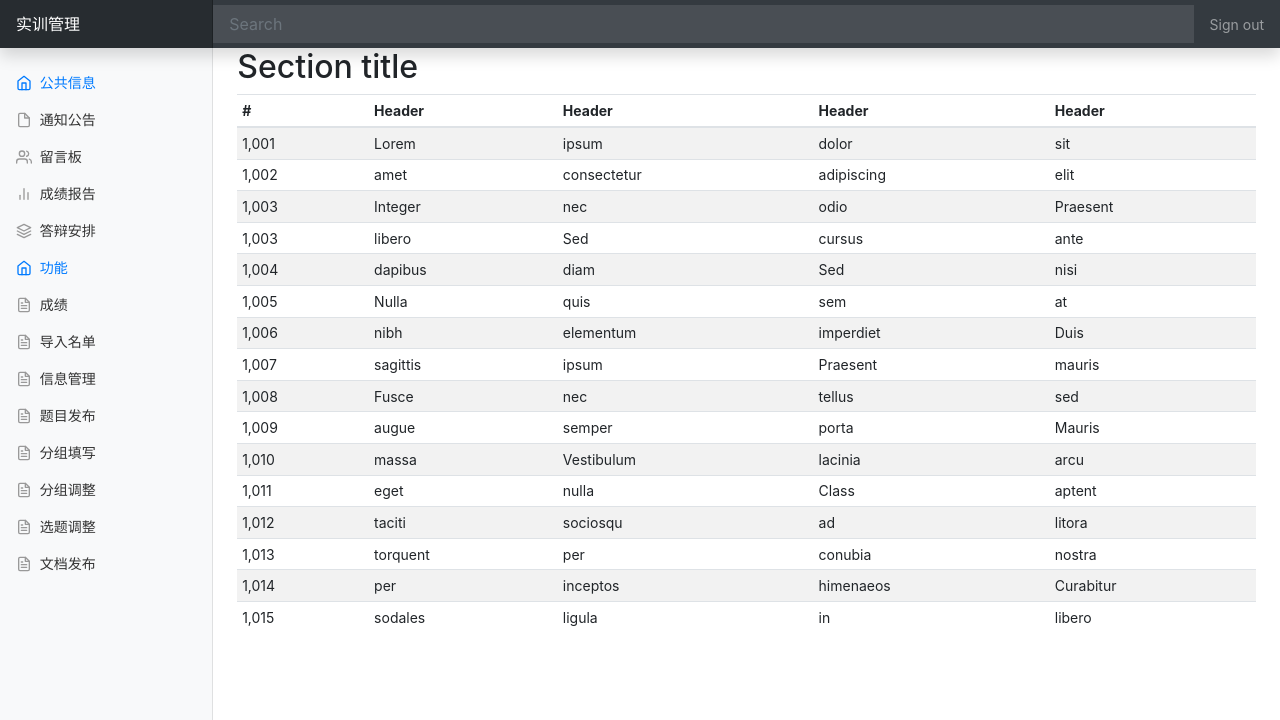
Repository: Kong-T/Practical-training
Page: Administrator/html/index.html
These files come from the project's save history. The page is drawn as it stood at one moment and after the next save; the edit follows.
The browser window is 1280 px wide. The pictures show the whole page.
Some web libraries are served in a nearby version.

Above is the page before, as saved 2020-12-14 10:37:05.
Console error: TypeError: Cannot read properties of null (reading 'length')

### Administrator/html/index.html
<!doctype html>
<html lang="en">
  <head>
    <meta charset="utf-8">
    <meta name="viewport" content="width=device-width, initial-scale=1, shrink-to-fit=no">
    <meta name="description" content="">
    <meta name="author" content="Mark Otto, Jacob Thornton, and Bootstrap contributors">
    <meta name="generator" content="Jekyll v4.0.1">
    <title>Dashboard Template · Bootstrap</title>

    <link rel="canonical" href="https://getbootstrap.com/docs/4.5/examples/dashboard/">

    <!-- Bootstrap core CSS -->
<link href="../../assets4.5/dist/css/bootstrap.css" rel="stylesheet">

    <style>
      .bd-placeholder-img {
        font-size: 1.125rem;
        text-anchor: middle;
        -webkit-user-select: none;
        -moz-user-select: none;
        -ms-user-select: none;
        user-select: none;
      }

      @media (min-width: 768px) {
        .bd-placeholder-img-lg {
          font-size: 3.5rem;
        }
      }
    </style>
    <!-- Custom styles for this template -->
    <link href="../css/dashboard.css" rel="stylesheet">
  </head>
  <body>
    <nav class="navbar navbar-dark sticky-top bg-dark flex-md-nowrap p-0 shadow">
  <a class="navbar-brand col-md-3 col-lg-2 mr-0 px-3" href="#">实训管理</a>
  <button class="navbar-toggler position-absolute d-md-none collapsed" type="button" data-toggle="collapse" data-target="#sidebarMenu" aria-controls="sidebarMenu" aria-expanded="false" aria-label="Toggle navigation">
    <span class="navbar-toggler-icon"></span>
  </button>
  <input class="form-control form-control-dark w-100" type="text" placeholder="Search" aria-label="Search">
  <ul class="navbar-nav px-3">
    <li class="nav-item text-nowrap">
      <a class="nav-link" href="#">Sign out</a>
    </li>
  </ul>
</nav>

<div class="container-fluid">
  <div class="row">
    <nav id="sidebarMenu" class="col-md-3 col-lg-2 d-md-block bg-light sidebar collapse">
      <div class="sidebar-sticky pt-3">
        <ul class="nav flex-column">
          <li class="nav-item">
            <a class="nav-link active" href="#">
              <span data-feather="home"></span>
              公共信息 <span class="sr-only">(current)</span>
            </a>
          </li>
          <li class="nav-item">
            <a class="nav-link" href="#">
              <span data-feather="file"></span>
              通知公告
            </a>
          </li>

          <li class="nav-item">
            <a class="nav-link" href="#">
              <span data-feather="users"></span>
              留言板
            </a>
          </li>
          <li class="nav-item">
            <a class="nav-link" href="#">
              <span data-feather="bar-chart-2"></span>
              成绩报告
            </a>
          </li>
          <li class="nav-item">
            <a class="nav-link" href="#">
              <span data-feather="layers"></span>
              答辩安排
            </a>
          </li>
        </ul>

        <a class="nav-link active" href="#">
          <span data-feather="home"></span>
          功能 <span class="sr-only">(current)</span>
        </a>
        <!-- <h6 class="sidebar-heading d-flex justify-content-between align-items-center px-3 mt-4 mb-1 text-muted">
          <span>功能</span> -->
          <!-- <a class="d-flex align-items-center text-muted" href="#" aria-label="Add a new report">
            <span data-feather="plus-circle"></span>
          </a> -->
        </h6>
        <ul class="nav flex-column mb-2">
          <li class="nav-item">
            <a class="nav-link" href="#">
              <span data-feather="file-text"></span>
              成绩
            </a>
          </li>
          <li class="nav-item">
            <a class="nav-link" href="#">
              <span data-feather="file-text"></span>
              导入名单
            </a>
          </li>
          <li class="nav-item">
            <a class="nav-link" href="#">
              <span data-feather="file-text"></span>
              信息管理
            </a>
          </li>
          <li class="nav-item">
            <a class="nav-link" href="#">
              <span data-feather="file-text"></span>
              题目发布
            </a>
          </li>
          <li class="nav-item">
            <a class="nav-link" href="#">
              <span data-feather="file-text"></span>
              分组填写
            </a>
          </li>
          <li class="nav-item">
            <a class="nav-link" href="#">
              <span data-feather="file-text"></span>
              分组调整
            </a>
          </li>
          <li class="nav-item">
            <a class="nav-link" href="#">
              <span data-feather="file-text"></span>
              选题调整
            </a>
          </li>
          <li class="nav-item">
            <a class="nav-link" href="#">
              <span data-feather="file-text"></span>
              文档发布
            </a>
          </li>
        </ul>
      </div>
    </nav>

    <main role="main" class="col-md-9 ml-sm-auto col-lg-10 px-md-4">
      <!-- <div class="d-flex justify-content-between flex-wrap flex-md-nowrap align-items-center pt-3 pb-2 mb-3 border-bottom">
        <h1 class="h2">Dashboard</h1>
        <div class="btn-toolbar mb-2 mb-md-0">
          <div class="btn-group mr-2">
            <button type="button" class="btn btn-sm btn-outline-secondary">Share</button>
            <button type="button" class="btn btn-sm btn-outline-secondary">Export</button>
          </div>
          <button type="button" class="btn btn-sm btn-outline-secondary dropdown-toggle">
            <span data-feather="calendar"></span>
            This week
          </button>
        </div>
      </div> -->

      <!-- <canvas class="my-4 w-100" id="myChart" width="900" height="380"></canvas> -->

      <h2>Section title</h2>
      <div class="table-responsive">
        <table class="table table-striped table-sm">
          <thead>
            <tr>
              <th>#</th>
              <th>Header</th>
              <th>Header</th>
              <th>Header</th>
              <th>Header</th>
            </tr>
          </thead>
          <tbody>
            <tr>
              <td>1,001</td>
              <td>Lorem</td>
              <td>ipsum</td>
              <td>dolor</td>
              <td>sit</td>
            </tr>
            <tr>
              <td>1,002</td>
              <td>amet</td>
              <td>consectetur</td>
              <td>adipiscing</td>
              <td>elit</td>
            </tr>
            <tr>
              <td>1,003</td>
              <td>Integer</td>
              <td>nec</td>
              <td>odio</td>
              <td>Praesent</td>
            </tr>
            <tr>
              <td>1,003</td>
              <td>libero</td>
              <td>Sed</td>
              <td>cursus</td>
              <td>ante</td>
            </tr>
            <tr>
              <td>1,004</td>
              <td>dapibus</td>
              <td>diam</td>
              <td>Sed</td>
              <td>nisi</td>
            </tr>
            <tr>
              <td>1,005</td>
              <td>Nulla</td>
              <td>quis</td>
              <td>sem</td>
              <td>at</td>
            </tr>
            <tr>
              <td>1,006</td>
              <td>nibh</td>
              <td>elementum</td>
              <td>imperdiet</td>
              <td>Duis</td>
            </tr>
            <tr>
              <td>1,007</td>
              <td>sagittis</td>
              <td>ipsum</td>
              <td>Praesent</td>
              <td>mauris</td>
            </tr>
            <tr>
              <td>1,008</td>
              <td>Fusce</td>
              <td>nec</td>
              <td>tellus</td>
              <td>sed</td>
            </tr>
            <tr>
              <td>1,009</td>
              <td>augue</td>
              <td>semper</td>
              <td>porta</td>
              <td>Mauris</td>
            </tr>
            <tr>
              <td>1,010</td>
              <td>massa</td>
              <td>Vestibulum</td>
              <td>lacinia</td>
              <td>arcu</td>
            </tr>
            <tr>
              <td>1,011</td>
              <td>eget</td>
              <td>nulla</td>
              <td>Class</td>
              <td>aptent</td>
            </tr>
            <tr>
              <td>1,012</td>
              <td>taciti</td>
              <td>sociosqu</td>
              <td>ad</td>
              <td>litora</td>
            </tr>
            <tr>
              <td>1,013</td>
              <td>torquent</td>
              <td>per</td>
              <td>conubia</td>
              <td>nostra</td>
            </tr>
            <tr>
              <td>1,014</td>
              <td>per</td>
              <td>inceptos</td>
              <td>himenaeos</td>
              <td>Curabitur</td>
            </tr>
            <tr>
              <td>1,015</td>
              <td>sodales</td>
              <td>ligula</td>
              <td>in</td>
              <td>libero</td>
            </tr>
          </tbody>
        </table>
      </div>
    </main>
  </div>
</div>
<script src="https://code.jquery.com/jquery-3.5.1.slim.min.js" integrity="sha384-DfXdz2htPH0lsSSs5nCTpuj/zy4C+OGpamoFVy38MVBnE+IbbVYUew+OrCXaRkfj" crossorigin="anonymous"></script>
<script>window.jQuery || document.write('<script src="../../assets4.5/js/vendor/jquery.slim.min.js"><\/script>')</script><script src="../../assets4.5/dist/js/bootstrap.bundle.js"></script>
        <script src="https://cdnjs.cloudflare.com/ajax/libs/feather-icons/4.9.0/feather.min.js"></script>
        <script src="https://cdnjs.cloudflare.com/ajax/libs/Chart.js/2.7.3/Chart.min.js"></script>

        <script src="../js/dashboard.js"></script></body>
</html>

### Administrator/css/dashboard.css
body {
  font-size: .875rem;
}

.feather {
  width: 16px;
  height: 16px;
  vertical-align: text-bottom;
}

/*
 * Sidebar
 */

.sidebar {
  position: fixed;
  top: 0;
  bottom: 0;
  left: 0;
  z-index: 100; /* Behind the navbar */
  padding: 48px 0 0; /* Height of navbar */
  box-shadow: inset -1px 0 0 rgba(0, 0, 0, .1);
}

@media (max-width: 767.98px) {
  .sidebar {
    top: 5rem;
  }
}

.sidebar-sticky {
  position: relative;
  top: 0;
  height: calc(100vh - 48px);
  padding-top: .5rem;
  overflow-x: hidden;
  overflow-y: auto; /* Scrollable contents if viewport is shorter than content. */
}

@supports ((position: -webkit-sticky) or (position: sticky)) {
  .sidebar-sticky {
    position: -webkit-sticky;
    position: sticky;
  }
}

.sidebar .nav-link {
  font-weight: 500;
  color: #333;
}

.sidebar .nav-link .feather {
  margin-right: 4px;
  color: #999;
}

.sidebar .nav-link.active {
  color: #007bff;
}

.sidebar .nav-link:hover .feather,
.sidebar .nav-link.active .feather {
  color: inherit;
}

.sidebar-heading {
  font-size: .75rem;
  text-transform: uppercase;
}

/*
 * Navbar
 */

.navbar-brand {
  padding-top: .75rem;
  padding-bottom: .75rem;
  font-size: 1rem;
  background-color: rgba(0, 0, 0, .25);
  box-shadow: inset -1px 0 0 rgba(0, 0, 0, .25);
}

.navbar .navbar-toggler {
  top: .25rem;
  right: 1rem;
}

.navbar .form-control {
  padding: .75rem 1rem;
  border-width: 0;
  border-radius: 0;
}

.form-control-dark {
  color: #fff;
  background-color: rgba(255, 255, 255, .1);
  border-color: rgba(255, 255, 255, .1);
}

.form-control-dark:focus {
  border-color: transparent;
  box-shadow: 0 0 0 3px rgba(255, 255, 255, .25);
}

### Administrator/js/dashboard.js
/* globals Chart:false, feather:false */

(function () {
  'use strict'

  feather.replace()

  // Graphs
  var ctx = document.getElementById('myChart')
  // eslint-disable-next-line no-unused-vars
  var myChart = new Chart(ctx, {
    type: 'line',
    data: {
      labels: [
        'Sunday',
        'Monday',
        'Tuesday',
        'Wednesday',
        'Thursday',
        'Friday',
        'Saturday'
      ],
      datasets: [{
        data: [
          15339,
          21345,
          18483,
          24003,
          23489,
          24092,
          12034
        ],
        lineTension: 0,
        backgroundColor: 'transparent',
        borderColor: '#007bff',
        borderWidth: 4,
        pointBackgroundColor: '#007bff'
      }]
    },
    options: {
      scales: {
        yAxes: [{
          ticks: {
            beginAtZero: false
          }
        }]
      },
      legend: {
        display: false
      }
    }
  })
}())

Loaded but not shown: assets4.5/dist/css/bootstrap.css (library); assets4.5/dist/js/bootstrap.bundle.js (library)

After the next save:
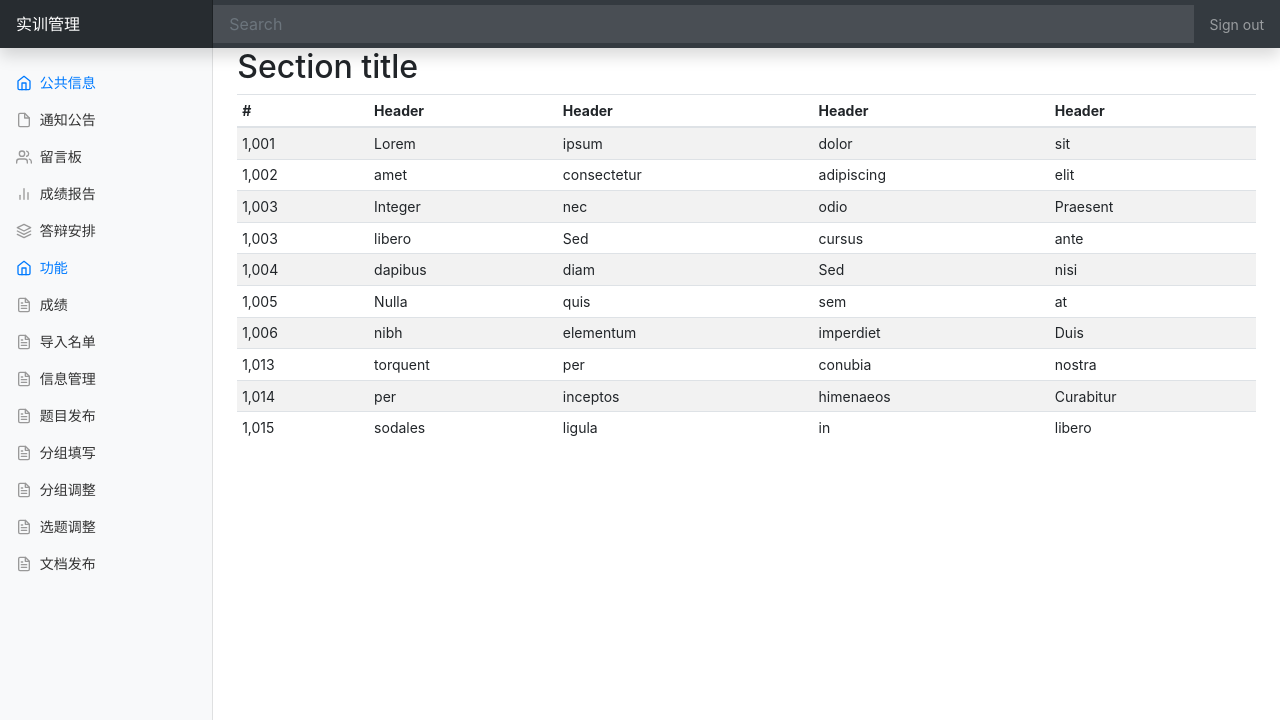
Saved 1 s later.
--- a/Administrator/html/index.html
+++ b/Administrator/html/index.html
@@ -226,48 +226,7 @@
               <td>imperdiet</td>
               <td>Duis</td>
             </tr>
-            <tr>
-              <td>1,007</td>
-              <td>sagittis</td>
-              <td>ipsum</td>
-              <td>Praesent</td>
-              <td>mauris</td>
-            </tr>
-            <tr>
-              <td>1,008</td>
-              <td>Fusce</td>
-              <td>nec</td>
-              <td>tellus</td>
-              <td>sed</td>
-            </tr>
-            <tr>
-              <td>1,009</td>
-              <td>augue</td>
-              <td>semper</td>
-              <td>porta</td>
-              <td>Mauris</td>
-            </tr>
-            <tr>
-              <td>1,010</td>
-              <td>massa</td>
-              <td>Vestibulum</td>
-              <td>lacinia</td>
-              <td>arcu</td>
-            </tr>
-            <tr>
-              <td>1,011</td>
-              <td>eget</td>
-              <td>nulla</td>
-              <td>Class</td>
-              <td>aptent</td>
-            </tr>
-            <tr>
-              <td>1,012</td>
-              <td>taciti</td>
-              <td>sociosqu</td>
-              <td>ad</td>
-              <td>litora</td>
-            </tr>
+
             <tr>
               <td>1,013</td>
               <td>torquent</td>
